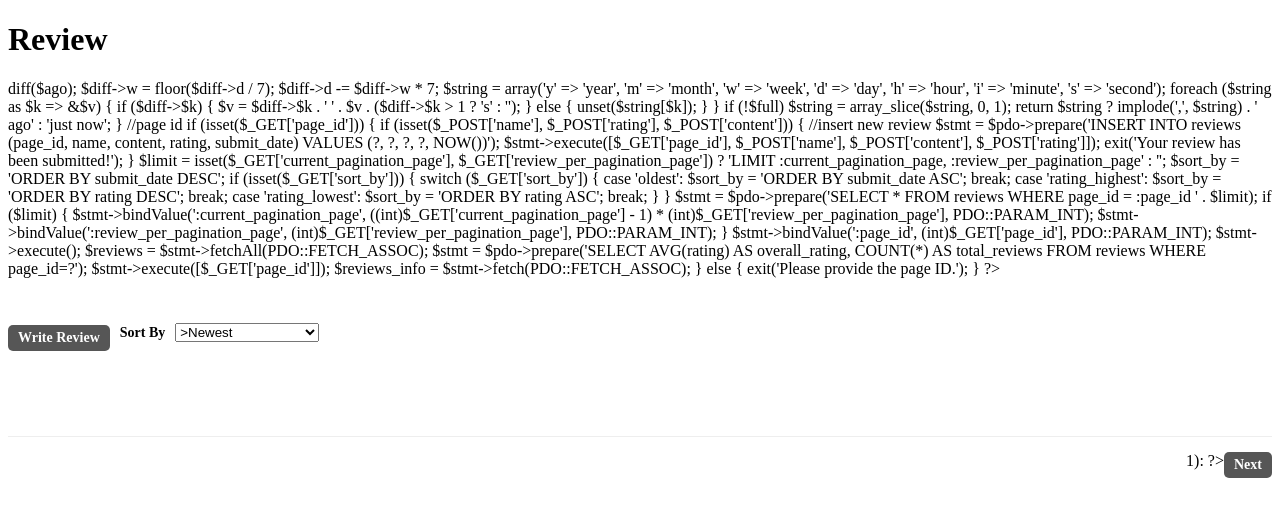
Repository: chathura226/SeekWork_Group_Project_I
Page: ratingsystem/index.html
These files come from the project's save history. The page is drawn as it stood at one moment and after the next save; the edit follows.
The browser window is 1280 px wide. The pictures show the whole page.

Above is the page before, as saved 2023-12-22 18:52:41.
Console error: TypeError: Cannot set properties of null (setting 'onsubmit')

After the next save:
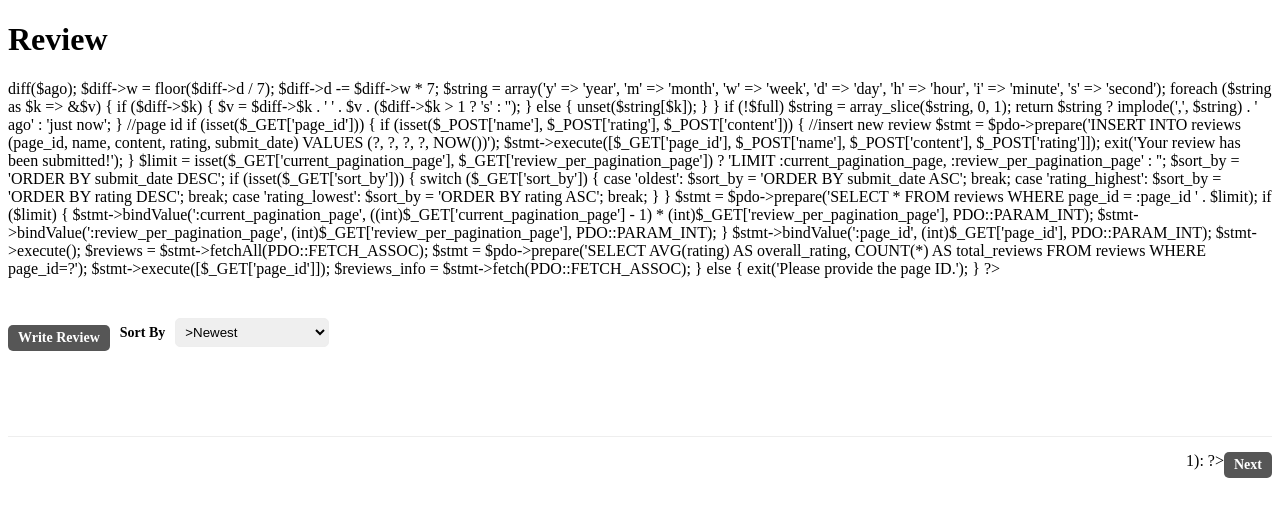
Saved 21 s later.
--- a/ratingsystem/reviews.css
+++ b/ratingsystem/reviews.css
@@ -45,7 +45,7 @@
     font-size: 14px;
 }
 
-.reviews .con .sort_y{
+.reviews .con .sort_by{
     padding: 5px;
     border:1px solid #eee;
     border-radius: 5px;
